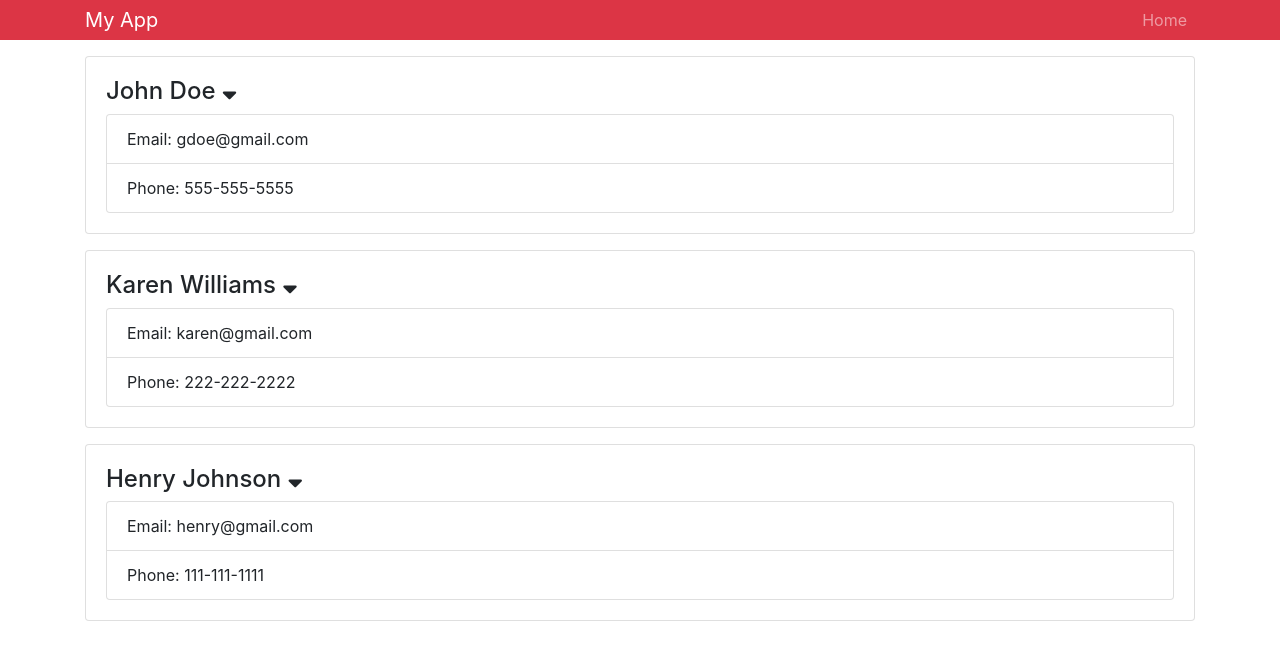
Repository: Mtbwka/contactmanager
Page: /
These files come from the project's save history. The page is drawn as it stood at one moment and after the next save; the edit follows.
The browser window is 1280 px wide. The pictures show the whole page.
Some web libraries are served in a nearby version. The project was rebuilt for these pictures with package versions that can differ from the ones it lists, and the page was loaded fresh each time.

Above is the page before, as saved 2019-04-24 23:05:40.

### public/index.html
<!DOCTYPE html>
<html lang="en">
  <head>
    <meta charset="utf-8" />
    <link rel="shortcut icon" href="%PUBLIC_URL%/favicon.ico" />
    <meta
      name="viewport"
      content="width=device-width, initial-scale=1, shrink-to-fit=no"
    />
    <meta name="theme-color" content="#000000" />
    <link rel="stylesheet" href="https://use.fontawesome.com/releases/v5.8.1/css/all.css" integrity="sha384-50oBUHEmvpQ+1lW4y57PTFmhCaXp0ML5d60M1M7uH2+nqUivzIebhndOJK28anvf" crossorigin="anonymous">
    <!--
      manifest.json provides metadata used when your web app is installed on a
      user's mobile device or desktop. See https://developers.google.com/web/fundamentals/web-app-manifest/
    -->
    <link rel="manifest" href="%PUBLIC_URL%/manifest.json" />
    <!--
      Notice the use of %PUBLIC_URL% in the tags above.
      It will be replaced with the URL of the `public` folder during the build.
      Only files inside the `public` folder can be referenced from the HTML.

      Unlike "/favicon.ico" or "favicon.ico", "%PUBLIC_URL%/favicon.ico" will
      work correctly both with client-side routing and a non-root public URL.
      Learn how to configure a non-root public URL by running `npm run build`.
    -->
    <title>React App</title>
  </head>
  <body>
    <noscript>You need to enable JavaScript to run this app.</noscript>
    <div id="root"></div>
    <!--
      This HTML file is a template.
      If you open it directly in the browser, you will see an empty page.

      You can add webfonts, meta tags, or analytics to this file.
      The build step will place the bundled scripts into the <body> tag.

      To begin the development, run `npm start` or `yarn start`.
      To create a production bundle, use `npm run build` or `yarn build`.
    -->
  </body>
</html>

### src/App.js
import React, { Component } from 'react';
import Contacts from './components/Contacts';
import Header from './components/Header';

import 'bootstrap/dist/css/bootstrap.min.css';

class App extends Component {
  render() {
    return (
      <div className='App'>
        <Header />
        <div className='container'>
          <Contacts />
        </div>
      </div>
    );
  }
}

export default App;

### src/components/Contacts.js
import React, { Component } from 'react';
import Contact from './Contact';

class Contacts extends Component {
  state = {
    contacts: [
      {
        id: 1,
        name: 'John Doe',
        email: 'gdoe@gmail.com',
        phone: '555-555-5555'
      },
      {
        id: 2,
        name: 'Karen Williams',
        email: 'karen@gmail.com',
        phone: '222-222-2222'
      },
      {
        id: 3,
        name: 'Henry Johnson',
        email: 'henry@gmail.com',
        phone: '111-111-1111'
      }
    ]
  };

  render() {
    const { contacts } = this.state;

    return (
      <React.Fragment>
        {contacts.map(contact => (
          <Contact key={contact.id} contact={contact} />
        ))}
      </React.Fragment>
    );
  }
}

export default Contacts;

### src/components/Header.js
import React from 'react';
import PropTypes from 'prop-types';

// export default function Header() {
//   return <div />;
// }

const Header = props => {
  const { branding } = props;
  return (
    <nav className="navbar navbar-expand-sm navbar-dark bg-danger mb-3 py-0">
      <div className="container">
        <a href="/" className="navbar-brand">{branding}</a>
        <div>
          <ul className="navbar-nav mr-auto">
            <li className="nav-item">
              <a href="/" className="nav-link">Home</a>
            </li>
          </ul>
        </div>
      </div>
    </nav>
  );
};

Header.defaultProps = {
  branding: 'My App'
};

Header.propTypes = {
  branding: PropTypes.string.isRequired
};

export default Header;

### src/components/Contact.js
import React, { Component } from 'react';
import PropTypes from 'prop-types';

class Contact extends Component {
  state = {
    showContactInfo: true
  };

  render() {
    const { name, email, phone } = this.props.contact;
    const { showContactInfo } = this.state;
    return (
      <div className='card card-body mb-3'>
        <h4>{name}{' '} <i onClick={() => this.setState({ showContactInfo: !this.state.showContactInfo })} className="fas fa-sort-down"></i></h4>
        {showContactInfo ? (<ul className='list-group'>
          <li className='list-group-item'>Email: {email}</li>
          <li className='list-group-item'>Phone: {phone}</li>
        </ul>) : null}
      </div >
    );
  }
}

Contact.propTypes = {
  contact: PropTypes.object.isRequired
};

export default Contact;

Loaded but not shown: src/index.js (common file); src/serviceWorker.js (common file)

After the next save:
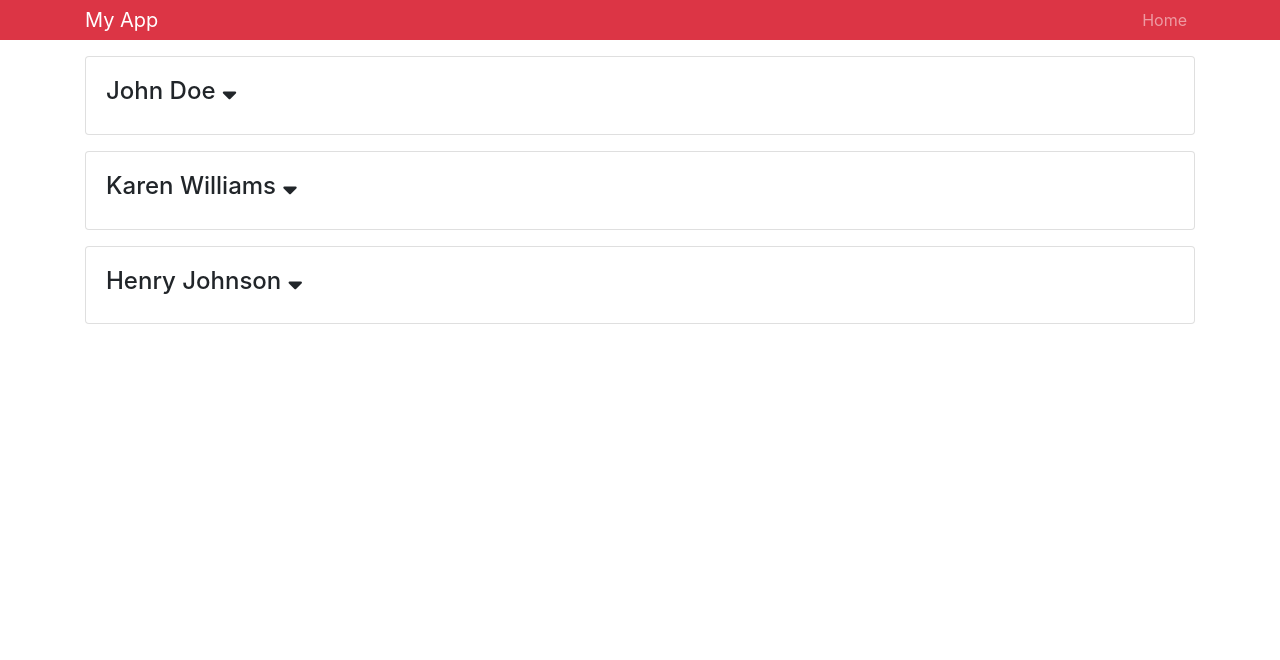
Saved 15 s later.
--- a/src/components/Contact.js
+++ b/src/components/Contact.js
@@ -3,7 +3,7 @@ import PropTypes from 'prop-types';
 
 class Contact extends Component {
   state = {
-    showContactInfo: true
+    showContactInfo: false
   };
 
   render() {
